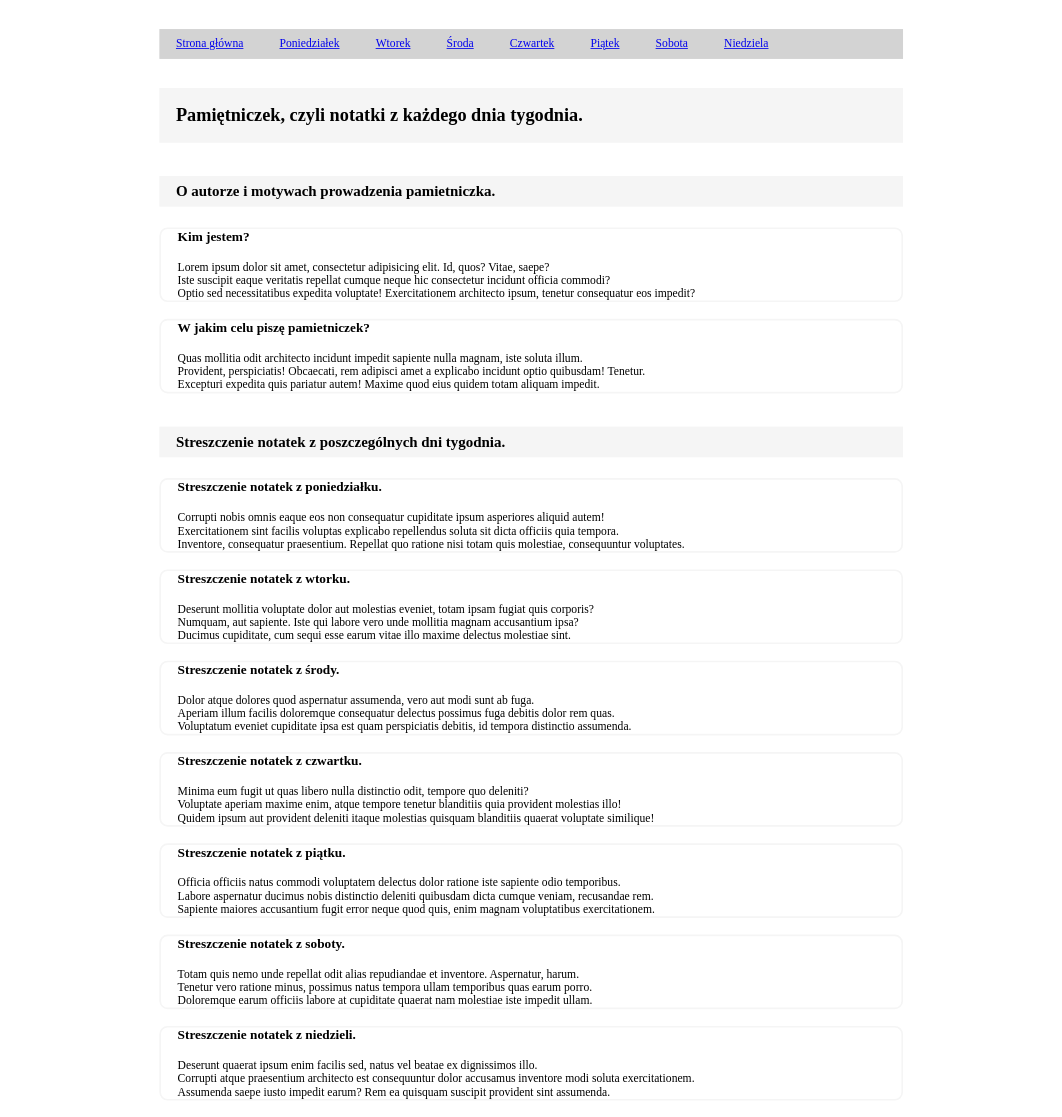
Repository: ArturNatwora/hompage
Page: index.html
These files come from the project's save history. The page is drawn as it stood at one moment and after the next save; the edit follows.
The browser window is 1280 px wide. The pictures show the whole page, at 83% of full size.

Above is the page before, as saved 2019-06-11 19:43:52.

After the next save:
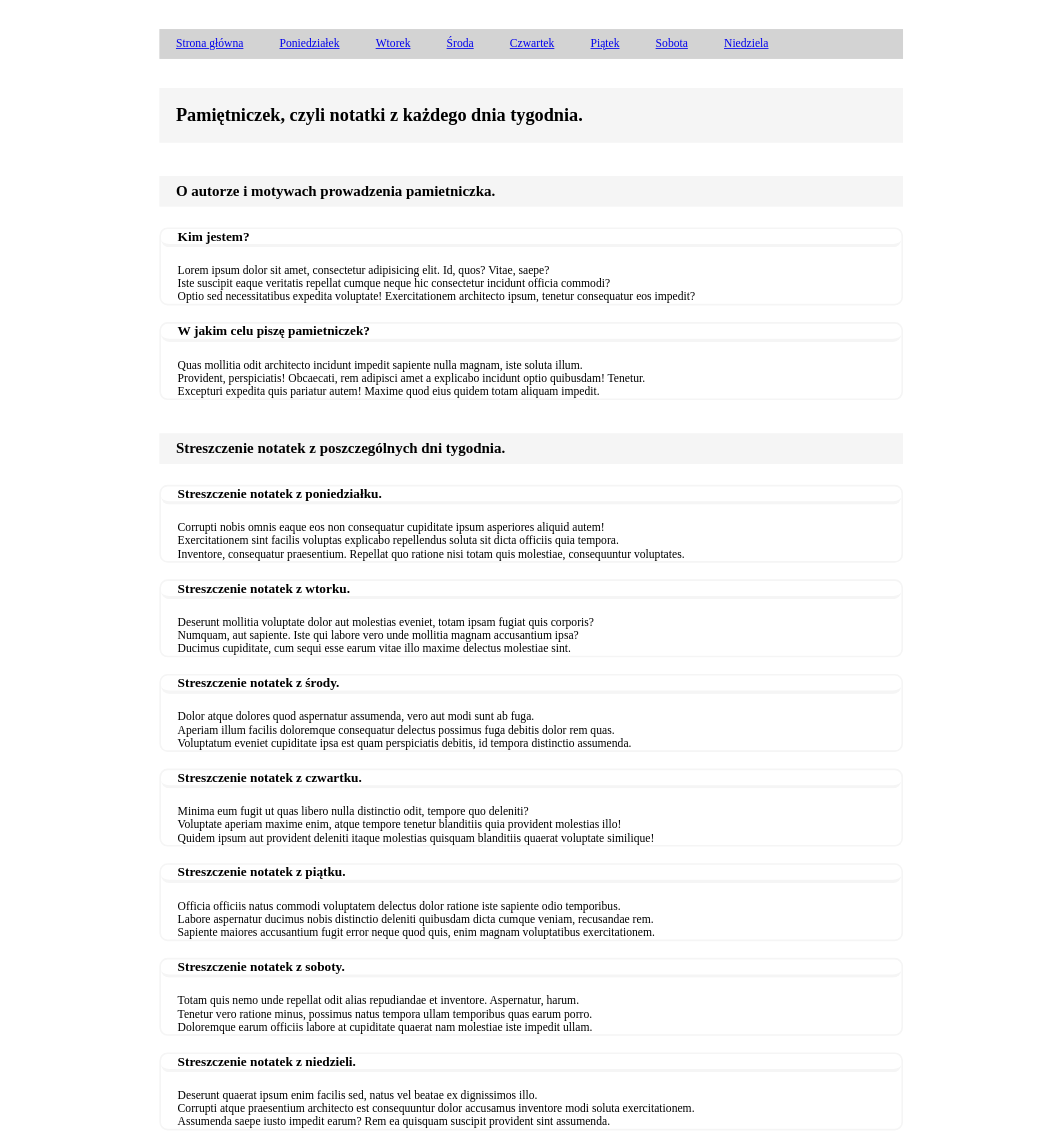
Saved 35 s later.
--- a/index.css
+++ b/index.css
@@ -79,6 +79,7 @@ body{
     padding: 0 20px;
 
     border-width: 0 0 4px 0 ;
+    border-style: solid;
     border-color: whitesmoke;
     border-radius: 10px;
 
